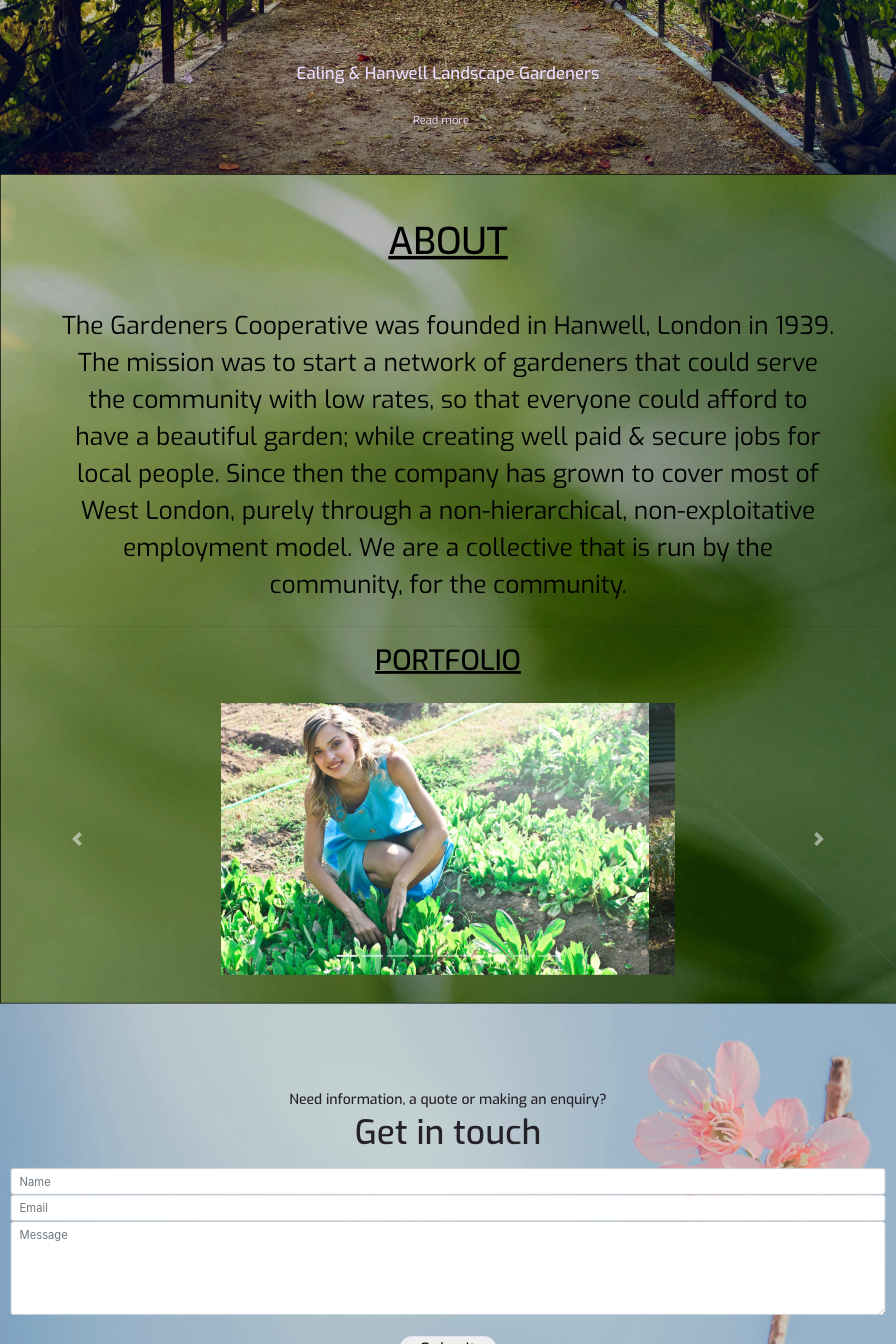
Repository: harrypars0ns/milestone-project
Page: index.html
The author's editor kept a record of every edit. The page is drawn from the files as they stood at one moment, then again after the next edit.
The browser window is 1280 px wide. The pictures show the part of the page from y = 471 to 2391 px (the page is 2575 px tall before and 2547 px after), at 70% of full size.
Backgrounds fixed to the window are drawn as part of the page.

Above is the page before.

### index.html
<!DOCTYPE html>
<html lang="en">

<head>
    <meta charset="UTF-8">
    <meta name="viewport" content="width=device-width, initial-scale=1.0">
    <meta http-equiv="X-UA-Compatible" content="ie=edge">
    <link rel="stylesheet" href="https://stackpath.bootstrapcdn.com/bootstrap/4.3.1/css/bootstrap.min.css" type="text/css" />
    <link rel="stylesheet" href="https://stackpath.bootstrapcdn.com/font-awesome/4.7.0/css/font-awesome.min.css" type="text/css" />
    <link rel="stylesheet" href="assets/css/style.css" type="text/css" />
    <title>Milestone</title>
</head>

<body>
    <!------------------------------------------------------NAV&LANDING>-->
    <div class="landing">
            <nav class='fixed-top container'>
                <div class="row">
                    <div class="col-4">
                        <a href="#about">ABOUT</a>
                    </div>
                    <div class="col-4">
                        <a href="#portfolio">PORTFOLIO</a>
                    </div>
                    <div class="col-4">
                        <a href="#contact">CONTACT</a>
                    </div>
                </div>
            </nav>


        <!-----------------------------------------TITLE---------------->



        <div id="landing" class="view">

            <div class="mask rgba-black-strong">

                <div class="container-fluid d-flex align-items-center justify-content-center h-100">

                    <div class="content row d-flex justify-content-center text-center">

                        <div class="col-md-10">

                            <h2 class="font-weight-bold pt-5 mb-2">The Gardeners Cooperative</h2>



                            <h4>Ealing & Hanwell Landscape Gardeners</h4>
                            <a class='no-underline' href="#about"><button type="button" class="btn btn-large btn-outline">Read more<i class="fas fa-book ml-2"></i></button></a>

                        </div>

                    </div>

                </div>

            </div>

        </div>
    </div>




    <!------------------------------------------------------------------ABOUT->-->



    <div class='about' id='about'>

        <div class="info text-center">
            <div class="">
                <h1>ABOUT</h1>
            </div>

            <div class="container">
                <div class="row">
                    <div class="col">
                        <p>The Gardeners Cooperative was founded in Hanwell, London in 1939. The mission was to start a network of gardeners that could serve the community with low rates, so that everyone could afford to have a beautiful garden; while creating
                            well paid & secure jobs for local people. Since then the company has grown to cover most of West London, purely through a non-hierarchical, non-exploitative employment model. We are a collective that is run by the community,
                            for the community.</p>
                    </div>

                </div>
            </div>

        </div>
        <hr>
        <!-------------------------------------------------------------------PORTFOLIO-->
        <div class="container-fluid portfolio" id='portfolio'>
            <div class="text-center">
                <h1>PORTFOLIO</h1>
            </div>
            <div class="portfolio">
                <div id="carouselExampleIndicators" class="carousel slide" data-ride="carousel">
                    <ol class="carousel-indicators">
                        <li data-target="#carouselExampleIndicators" data-slide-to="0" class="active"></li>
                        <li data-target="#carouselExampleIndicators" data-slide-to="1"></li>
                        <li data-target="#carouselExampleIndicators" data-slide-to="2"></li>
                        <li data-target="#carouselExampleIndicators" data-slide-to="3"></li>
                        <li data-target="#carouselExampleIndicators" data-slide-to="4"></li>
                        <li data-target="#carouselExampleIndicators" data-slide-to="5"></li>
                        <li data-target="#carouselExampleIndicators" data-slide-to="6"></li>
                        <li data-target="#carouselExampleIndicators" data-slide-to="7"></li>
                        <li data-target="#carouselExampleIndicators" data-slide-to="8"></li>

                    </ol>
                    <div class="carousel-inner">
                        <div class="carousel-item active">
                            <img class="d-block w-100 responsive" src="assets/images/lady.jpg" alt="First slide">
                        </div>
                        <div class="carousel-item">
                            <img class="d-block w-100 responsive" src="assets/images/lady2.jpg" alt="Second slide">
                        </div>
                        <div class="carousel-item">
                            <img class="d-block w-100 responsive" src="assets/images/flowers.jpg" alt="Third slide">
                        </div>
                        <div class="carousel-item">
                            <img class="d-block w-100 responsive" src="assets/images/lady4.jpg" alt="Fourth slide">
                        </div>
                        <div class="carousel-item">
                            <img class="d-block w-100 responsive" src="assets/images/bench.jpg" alt="Fifth slide">
                        </div>
                        <div class="carousel-item">
                            <img class="d-block w-100 responsive" src="assets/images/bloom.jpg" alt="Sixth slide">
                        </div>
                        <div class="carousel-item">
                            <img class="d-block w-100 responsive" src="assets/images/lady3.jpg" alt="Seventh slide">
                        </div>
                        <div class="carousel-item">
                            <img class="d-block w-100 responsive" src="assets/images/adult3.jpg" alt="Eighth slide">
                        </div>
                        <div class="carousel-item">
                            <img class="d-block w-100 responsive" src="assets/images/garden.jpg" alt="Nninth slide">
                        </div>
                    </div>
                    <a class="carousel-control-prev" href="#carouselExampleIndicators" role="button" data-slide="prev">
                        <span class="carousel-control-prev-icon" aria-hidden="true"></span>
                        <span class="sr-only">Previous</span>
                    </a>
                    <a class="carousel-control-next" href="#carouselExampleIndicators" role="button" data-slide="next">
                    <span class="carousel-control-next-icon" aria-hidden="true"></span>
                    <span class="sr-only">Next</span>
                    </a>
                </div>


            </div>


        </div>
    </div>

    <!-------------------------------------------------------------------CONTACT-->


    <div class='contact' id='contact'>

        <section class='container-fluid'>
            <div class="row form-page">
                <div class="col">
                    <div class="contact-info">
                        <h5 class='contact-heading question'>Need information, a quote or making an enquiry?</h4>
                            <h2 class='contact-heading'>Get in touch</h2>
                    </div>
                    <div class="form">
                        <form>
                            <input type="text" name="name" id "fullname" class='form-control' placeholder='Name' required/>
                            <input type="email" name="email" id "email" class='form-control' placeholder='Email' required/>
                            <textarea rows='5' name="message" id "message" class='form-control' placeholder='Message' required/></textarea>
                            <div class="submit">
                                <input id='submit' type="submit" value="Submit" />
                            </div>
                        </form>
                    </div>
                </div>
            </div>
        </section>


        <div class="footer" id='footer'>
            <div class="iconwrapper" <a href="#" class="fa fa-facebook">
                </a>
                <a href="#" class="fa inner fa-twitter"></a>
                <a href="#" class="fa inner fa-youtube"></a>
                <a href="#" class="fa inner fa-instagram"></a>
                <a href="#" class="fa inner fa-snapchat-ghost"></a>
                <a href="#" class="fa inner fa-facebook"></a>


            </div>

        </div>
    </div>








    <script src="https://code.jquery.com/jquery-3.3.1.slim.min.js" integrity="sha384-q8i/X+965DzO0rT7abK41JStQIAqVgRVzpbzo5smXKp4YfRvH+8abtTE1Pi6jizo" crossorigin="anonymous"></script>
    <script src="https://cdnjs.cloudflare.com/ajax/libs/popper.js/1.14.7/umd/popper.min.js" integrity="sha384-UO2eT0CpHqdSJQ6hJty5KVphtPhzWj9WO1clHTMGa3JDZwrnQq4sF86dIHNDz0W1" crossorigin="anonymous"></script>
    <script src="https://stackpath.bootstrapcdn.com/bootstrap/4.3.1/js/bootstrap.min.js" integrity="sha384-JjSmVgyd0p3pXB1rRibZUAYoIIy6OrQ6VrjIEaFf/nJGzIxFDsf4x0xIM+B07jRM" crossorigin="anonymous"></script>

</body>

</html>

### assets/css/style.css
@import url('https://fonts.googleapis.com/css?family=Roboto:100,100i,300,300i,400,400i,500,500i,700&display=swap');
@import url('https://fonts.googleapis.com/css?family=Exo:100,200,300,400,500,600,700&display=swap');



/*----------------------------------------- LANDING*/

.landing {
    background-image: url('../images/landing3.jpg');
    height: 100%;
    background-attachment: fixed;
    background-position: bottom;
    background-repeat: no-repeat;
    background-size: cover;
    border: 0px;
    z-index: 1;
    padding-bottom: 10%;
}


body {
    padding: 0;
    background: black;
}

html,
body,
header,
#intro {
    height: 100%;
    width: 100%;
    color: #e8dcff;


}



#intro {

    -webkit-background-size: cover;
    -moz-background-size: cover;
    -o-background-size: cover;
    background-size: cover;
    text-align: center;


}


.content {
    margin-top: 12%;
    font-family: 'Exo', sans-serif;


}

h2 {
    font-size: 3em;
}

h4 {
    padding-top: 50%;
}




.btn-outline {
    color: #e8dcff;
    margin-top: 5%;
}

.btn-outline:hover {
    color: rgba(112, 241, 146, 0.9);
}

/*section {*/

/*    text-align: center;*/

/*}*/

/*-------------------------------------------------------NAV*/


nav {
    color: #e8dcff;
    text-align: center;
    font-family: 'Exo', sans-serif;
    padding: 2%;
    margin: 0;
    background: rgba(0, 0, 0, 0.3);
    background-clip: padding-box;
    width: 100%;


}

nav a {
    color: #e8dcff;
    text-decoration: none;

}



nav a:hover {
    color: #e8dcff;
    right: 0;
    text-decoration: none;
}

nav a:hover:after {
    border-color: #e8dcff;
    right: 0;
}

nav a:after {
    border-radius: 1em;
    border-top: .1em solid #e8dcff;
    content: "";
    position: absolute;
    right: 100%;
    bottom: .14em;
    left: 0;
    transition: right .4s cubic-bezier(0, .5, 0, 1),
    border-color .4s ease-out;
}

nav a:hover:after {
    right: 0;
}





.no-padding {
    padding: 0 !important;
}




/*----------------------------------------- ABOUT*/

.about {

    background-image: url('../images/about.jpg');

    /*background-position: center;*/
    background-repeat: no-repeat;

    background-size: cover;

    border: 0.1px solid rgba(0, 0, 0, 0);

}




.info {


    font-family: "Exo", sans-serif;

    color: #000000;

    margin-top: 15%;

}

.info h1 {

    font-size: 1.5em;

    text-decoration: underline;

}

.info p {

    font-size: 1em;

    padding-top: 5%;


}

/*----------------------------------------- portfolio*/

.portfolio {
    font-family: "Exo", sans-serif;

    color: #000000;

    font-size: 1.5em;

    margin-top: 1em;

    text-decoration: underline;
}

.portfolio h1 {

}

.carousel {
    margin-bottom: 40px;

}



/*----------------------------------------- CONTACT*/

.contact {

    background-image: url('../images/pink.jpg');
    background-attachment: fixed;
    background-repeat: no-repeat;
    background-size: cover;

}

.contact-info {
    font-family: "Exo", sans-serif;
    text-align: center;
    /*color: #e8dcff;*/
    color: #252129;


    margin-top: 3em;
    margin-bottom: 20px;

}

/*.contact-info h4 {*/
/*    text-decoration: uppercase;*/

/*}*/

.form {
    margin-bottom: 7%;


}

#submit {
    font-family: 'Exo', sans-serif;
    font-size: 150%;
    border: 1px solid #e8dcff;
    border-radius: 50px 50px;
    padding: 0px 30px;
}

.submit {
    text-align: center;
    padding-top: 30px;


}

/*-----------------------------------------ICONS/FOOTER*/

.footer {
    text-align: center;
    padding-bottom: 30px;
    /*padding-bottom: -10px;*/
}

.iconwrappper {}

.icon {
    display: inline-block;
    text-align: center;


}



.fa {
    padding-top: 5px;
    font-size: 30px;
    height: 40px;
    width: 40px;
    text-align: center;
    text-decoration: none;
    border-radius: 50%;
    background: #fff;
    color: white;
    opacity: 0.5;
}

.fa:hover {
    opacity: 0.9;
    text-decoration: none;
    color: #000;
}

.inner {
    padding-left: 1px;
    color: #000;
}

.fa-youtube {
    padding-right: 1px;

}

/*--------------------------------------------MEDIA Queries */

@media (min-height: 750px) {
    h4 {
        margin-top: 70%;
    }
}

@media (max-height: 500px) {
    .btn {
        margin-top: 0px;
    }
    h4 {
        margin-top: 0%;
        padding-top: 0%;
    }
}

@media (min-width: 600px) {
    h4 {
        padding-top: 0px;
    }
    .info {
        margin-top: 5%;
    }
}

@media (min-width: 1000px) {

    h4 {
        margin-top: 50%;
    }



    .info {

        font-size: 2.2em;

    }

    .portfolio h2 {
        padding-top: 50px;
    }

    .carousel {
        padding: 0px 300px;
    }

    .contact-info {
        margin-top: 10%;
    }

}

@media (min-width: 1300px) {
    .form {
        padding-right: 250px;
        padding-left: 250px
    }
}

After the next edit:
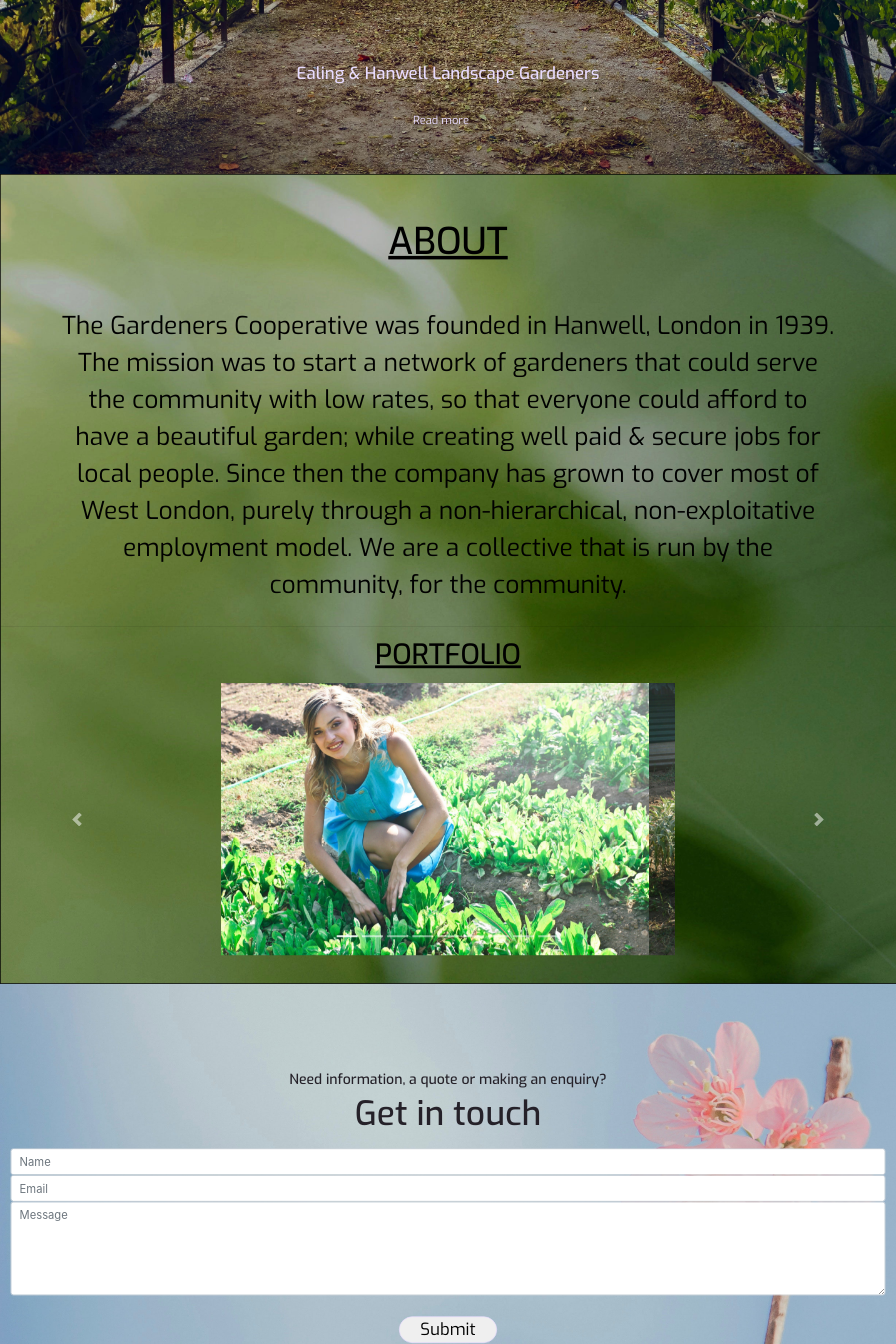
The edit:
--- a/assets/css/style.css
+++ b/assets/css/style.css
@@ -196,7 +196,7 @@
 
     color: #000000;
 
-    font-size: 1.5em;
+
 
     margin-top: 1em;
 
